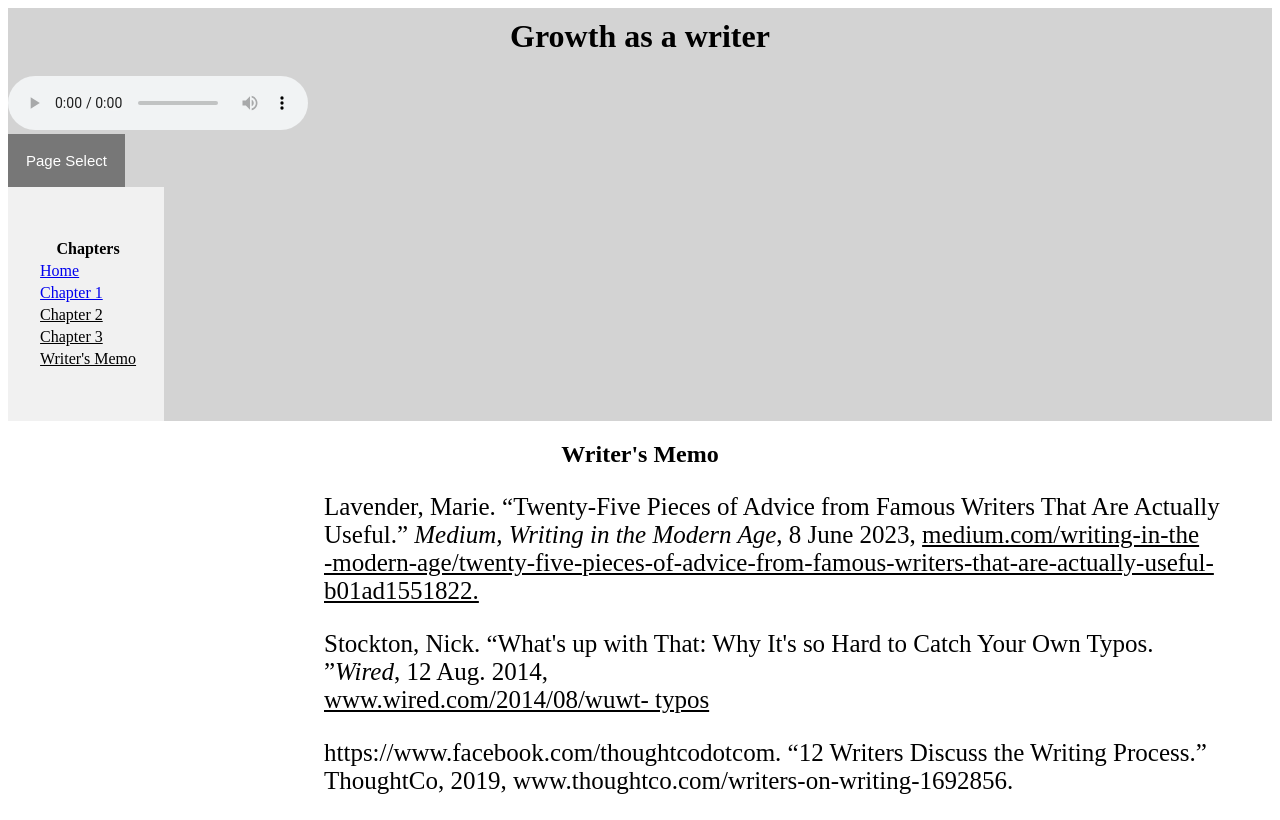
Repository: jpaisiem/WP-4
Page: WorksCited.html
An editor plug-in stored every save of this project. The page is shown before and after the next save, followed by the edit.
The browser window is 1280 px wide. The pictures show the whole page.

Above is the page before, as saved 2025-05-01 12:16:48.
Console error: TypeError: Cannot read properties of undefined (reading 'toggle')

### WorksCited.html
<!DOCTYPE html>
<html>
<head>
<meta name="viewport" content="width=device-width, initial-scale=1">
<style>
.collapsible {
  background-color: #777;
  color: white;
  cursor: pointer;
  padding: 18px;
  width: fit-content;
  border: none;
  text-align: left;
  outline: none;
  font-size: 15px;
}

.active, .collapsible:hover {
  background-color: #555;
}

.content {
  display: flex;
  flex-direction: column;
  overflow: hidden;
  background-color: #f1f1f1;
  width: fit-content;
  height: fit-content;
  padding-left: 2.3%;
  padding-right: 2%;
}
p
{
 font-size: 25px;
 text-align: left;
 margin-left:25%;
}
li
{
 font-size: 25px;
 text-align: left;
 margin-left: 5%;

}
</style>
<title>Growth as a writer - Chapter 3</title>
</head>
<body>
    <div style="background-color: lightgray; display: flex; flex-direction: column; margin-top: 0%;">
        <h1 style="text-align: center; background-color: lightgray; padding-top: 10px; margin-top: 0%;">Growth as a writer</h1>
        <div style="align-items: center;">
        <audio controls>
            <source src="audio.mp3" type="audio/mpeg">
        </audio>
        </div>
<button type="button" class="collapsible">Page Select</button>
<div class="content">
  <p><table>
    <tr>
        <th>Chapters</th>
    </tr>
    <tr>
        <td><a href="index.html">Home</a></td>
    </tr>
    <tr>
        <td><a href="Chapter1.html">Chapter 1</a></td>
    </tr>
     <tr>
        <td><a href="Chapter2.html" style="color: black;">Chapter 2</a></td>
    </tr>
    <tr>
        <td><a href="Chapter3.html" style="color: black;">Chapter 3</a></td>
    </tr>
    <tr>
        <td><a href="WritersMemo.html" style="color: black;">Writer&apos;s Memo</a></td>
    </tr>
  </table></p>
</div>
    </div>
<div style="text-align: center;">
     <h2 style="text-align: center;">Writer&apos;s Memo</h2>
     <p>
    Lavender, Marie. <q>Twenty-Five Pieces of Advice from Famous Writers That Are Actually <br>
    Useful.</q> <i>Medium, Writing in the Modern Age</i>, 8 June 2023, <u>medium.com/writing-in-the<br>
    -modern-age/twenty-five-pieces-of-advice-from-famous-writers-that-are-actually-useful-<br>
    b01ad1551822.</u><br>
</p>
<p>
     Stockton, Nick. <q>What&apos;s up with That: Why It&apos;s so Hard to Catch Your Own
     Typos.<br></q><i>Wired</i>, 12 Aug. 2014, <br><u>www.wired.com/2014/08/wuwt-
     typos</u><br>
</p>
<p>
  https://www.facebook.com/thoughtcodotcom. “12 Writers Discuss the Writing Process.” ThoughtCo, 2019, www.thoughtco.com/writers-on-writing-1692856.

‌
</p>
</div>
<script>
var coll = document.getElementsByClassName("collapsible");
var i;

for (i = 0; i < coll.length; i++) {
  coll[i].addEventListener("click", function() {
    this.classList.toggle("active");
    var content = this.nextElementSibling;
    if (content.style.display === "block") {
      content.style.display = "none";
    } else {
      content.style.display = "block";
    }
  });
}
if(location.reload){
    this.classList.toggle("collapsible");
}
</script>

</body>
</html>

After the next save:
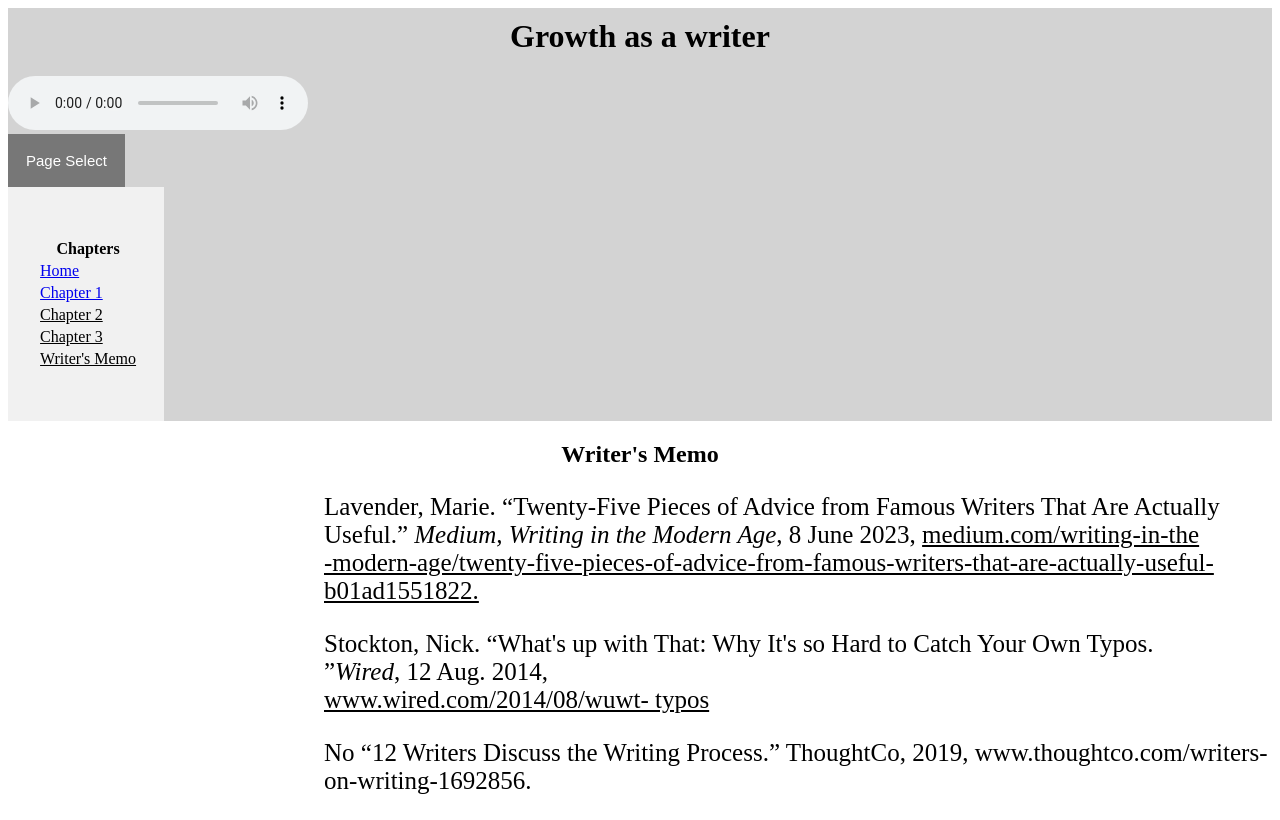
Saved 66 s later.
--- a/WorksCited.html
+++ b/WorksCited.html
@@ -91,7 +91,7 @@ li
      typos</u><br>
 </p>
 <p>
-  https://www.facebook.com/thoughtcodotcom. “12 Writers Discuss the Writing Process.” ThoughtCo, 2019, www.thoughtco.com/writers-on-writing-1692856.
+  No “12 Writers Discuss the Writing Process.” ThoughtCo, 2019, www.thoughtco.com/writers-on-writing-1692856.
 
 ‌
 </p>
